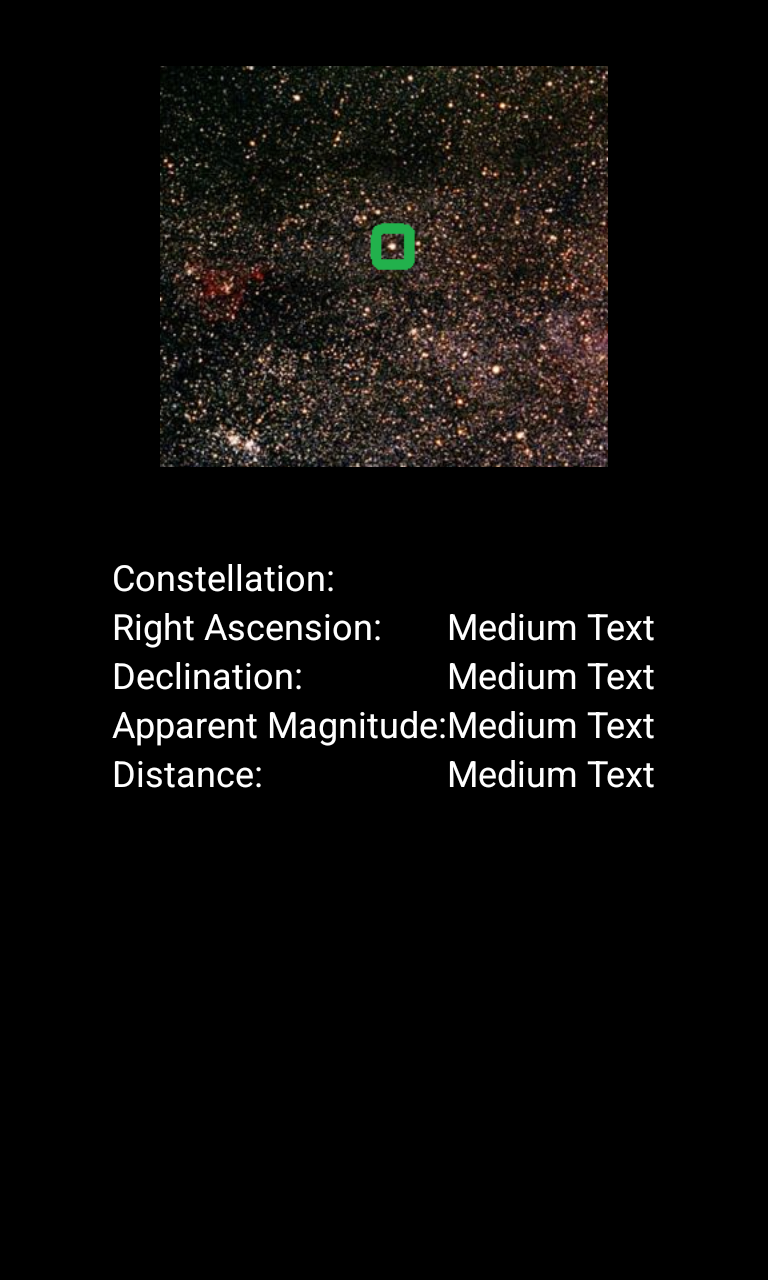
Repository: MoffMade/CSCE315-Android-App
Layout: Constellation Explorer Eclipse Project/Constellation Explorer/res/layout/activity_star_data.xml
These files come from the project's save history. The layout is drawn as it stood at one moment and after the next save; the edit follows.
It is drawn on a 768 x 1280 px phone screen (xhdpi) without system bars, with theme AppTheme; the app's code is not run.

Above is the layout before, as saved 2013-11-12 03:42:12.

### Constellation Explorer Eclipse Project/Constellation Explorer/res/layout/activity_star_data.xml
<RelativeLayout xmlns:android="http://schemas.android.com/apk/res/android"
    xmlns:tools="http://schemas.android.com/tools"
    android:layout_width="match_parent"
    android:layout_height="match_parent"
    android:background="@color/black"
    android:paddingBottom="@dimen/activity_vertical_margin"
    android:paddingLeft="@dimen/activity_horizontal_margin"
    android:paddingRight="@dimen/activity_horizontal_margin"
    android:paddingTop="@dimen/activity_vertical_margin"
    tools:context=".StarDataActivity" >

    <TableLayout
        android:id="@+id/TableLayout1"
        android:layout_width="wrap_content"
        android:layout_height="wrap_content"
        android:layout_below="@+id/imageView1"
        android:layout_centerHorizontal="true"
        android:layout_marginTop="18dp" >

        <TableRow
            android:id="@+id/tableRow6"
            android:layout_width="wrap_content"
            android:layout_height="wrap_content" >

            <TextView
                android:id="@+id/textView11"
                android:layout_width="wrap_content"
                android:layout_height="wrap_content"
                android:text="@string/star_name_tag"
                android:textAppearance="?android:attr/textAppearanceMedium" />

            <TextView
                android:id="@+id/textView12"
                android:layout_width="wrap_content"
                android:layout_height="wrap_content"
                android:text="Medium Text"
                android:textAppearance="?android:attr/textAppearanceMedium" />

        </TableRow>

        <TableRow
            android:id="@+id/tableRow1"
            android:layout_width="wrap_content"
            android:layout_height="wrap_content" >

            <TextView
                android:id="@+id/textView1"
                android:layout_width="wrap_content"
                android:layout_height="wrap_content"
                android:text="@string/constellation_tag"
                android:textAppearance="?android:attr/textAppearanceMedium"
                android:textColor="@color/main_menu_text_color" />

            <TextView
                android:id="@+id/textView6"
                android:layout_width="wrap_content"
                android:layout_height="wrap_content"
                android:text=""
                android:textAppearance="?android:attr/textAppearanceMedium"
                android:textColor="@color/main_menu_text_color" />

        </TableRow>

        <TableRow
            android:id="@+id/tableRow2"
            android:layout_width="wrap_content"
            android:layout_height="wrap_content" >

            <TextView
                android:id="@+id/textView2"
                android:layout_width="wrap_content"
                android:layout_height="wrap_content"
                android:text="@string/right_ascension_tag"
                android:textAppearance="?android:attr/textAppearanceMedium"
                android:textColor="@color/main_menu_text_color" />

            <TextView
                android:id="@+id/textView7"
                android:layout_width="wrap_content"
                android:layout_height="wrap_content"
                android:text="Medium Text"
                android:textAppearance="?android:attr/textAppearanceMedium"
                android:textColor="@color/main_menu_text_color" />

        </TableRow>

        <TableRow
            android:id="@+id/tableRow3"
            android:layout_width="wrap_content"
            android:layout_height="wrap_content" >

            <TextView
                android:id="@+id/textView3"
                android:layout_width="wrap_content"
                android:layout_height="wrap_content"
                android:text="@string/declination_tag"
                android:textAppearance="?android:attr/textAppearanceMedium"
                android:textColor="@color/main_menu_text_color" />

            <TextView
                android:id="@+id/textView8"
                android:layout_width="wrap_content"
                android:layout_height="wrap_content"
                android:text="Medium Text"
                android:textAppearance="?android:attr/textAppearanceMedium"
                android:textColor="@color/main_menu_text_color" />

        </TableRow>

        <TableRow
            android:id="@+id/tableRow4"
            android:layout_width="wrap_content"
            android:layout_height="wrap_content" >

            <TextView
                android:id="@+id/textView4"
                android:layout_width="wrap_content"
                android:layout_height="wrap_content"
                android:text="@string/magnitude_tag"
                android:textAppearance="?android:attr/textAppearanceMedium"
                android:textColor="@color/main_menu_text_color" />

            <TextView
                android:id="@+id/textView9"
                android:layout_width="wrap_content"
                android:layout_height="wrap_content"
                android:text="Medium Text"
                android:textAppearance="?android:attr/textAppearanceMedium"
                android:textColor="@color/main_menu_text_color" />

        </TableRow>

        <TableRow
            android:id="@+id/tableRow5"
            android:layout_width="wrap_content"
            android:layout_height="wrap_content" >

            <TextView
                android:id="@+id/textView5"
                android:layout_width="wrap_content"
                android:layout_height="wrap_content"
                android:text="@string/distance_tag"
                android:textAppearance="?android:attr/textAppearanceMedium"
                android:textColor="@color/main_menu_text_color" />

            <TextView
                android:id="@+id/textView10"
                android:layout_width="wrap_content"
                android:layout_height="wrap_content"
                android:text="Medium Text"
                android:textAppearance="?android:attr/textAppearanceMedium"
                android:textColor="@color/main_menu_text_color" />

        </TableRow>

    </TableLayout>

    <ImageView
        android:id="@+id/imageView1"
        android:layout_width="wrap_content"
        android:layout_height="wrap_content"
        android:layout_alignParentTop="true"
        android:layout_centerHorizontal="true"
        android:layout_marginTop="17dp"
        android:src="@drawable/segin_star" />

</RelativeLayout>

### Constellation Explorer Eclipse Project/Constellation Explorer/res/values/styles.xml
<resources>

    <!--
        Base application theme, dependent on API level. This theme is replaced
        by AppBaseTheme from res/values-vXX/styles.xml on newer devices.
    -->
    <style name="AppBaseTheme" parent="android:Theme.Light">
        <!--
            Theme customizations available in newer API levels can go in
            res/values-vXX/styles.xml, while customizations related to
            backward-compatibility can go here.
        -->
    </style>

    <!-- Application theme. -->
    <style name="AppTheme" parent="AppBaseTheme">
        <!-- All customizations that are NOT specific to a particular API-level can go here. -->
    </style>
    <color name="main_menu_text_color">#FFFFFF</color>
	<color name="black">#000000</color>
    <style name="load_game_spinner_theme" parent="@android:Theme">
        <item name="android:spinnerItemStyle">@style/SpinnerItem</item>
    </style>

    <style name="SpinnerItem" parent="@android:style/Widget.TextView.SpinnerItem">
        <item name="android:textColor">#FFFFFF</item>
    </style>


</resources>

### Constellation Explorer Eclipse Project/Constellation Explorer/res/values/strings.xml
<?xml version="1.0" encoding="utf-8"?>
<resources>

    <string name="app_name">Constellation Explorer</string>
    <string name="action_settings">Settings</string>
    <string name="new_game_button">Start New Game</string>
    <string name="load_game_button">Load Game</string>
    <string name="help_button">Help</string>
    <string name="help_return_button">Back to Main Menu</string>
    <string name="title_activity_load_game">Load Game</string>

    <string-array name="saved_game_list">
        <item>Game 1</item>
        <item>Game 2</item>
        <item>Game 3</item>
    </string-array>

    <string name="help_text">TEST TEXT FOR HELP MENU\n\n*Use Buttons to navigate\n\n\nAuthors: CSCE315 Team E</string>
    <string name="title_activity_help">Help</string>
    <string name="load_game_helper_text">Tap to select the Game you wish to load:</string>
    <string name="load_game_back">Go Back to Main Menu</string>
    <string name="load_game_select">Start Selected Game</string>
    <string name="title_activity_star_map">Star Map</string>
    <string name="hello_world">Hello world!</string>
    <string name="title_activity_game">Game</string>
    <string name="title_activity_star_data">Star Data</string>
    <string name="quit_button">Quit to Menu</string>
    <string name="save_button">Save Progress</string>
    <string name="move_left_button">Move Left!</string>
    <string name="move_right_button">Move Right!</string>
	<string name="constellation_tag">Constellation:	</string>
	<string name="right_ascension_tag">Right Ascension: </string>
	<string name="declination_tag">Declination: </string>
	<string name="magnitude_tag">Apparent Magnitude: </string>
	<string name="distance_tag">Distance: </string>
	<string name="star_name_tag">Star Name: </string>
</resources>

Loaded but not shown: Constellation Explorer Eclipse Project/Constellation Explorer/res/values-v11/styles.xml (common file); Constellation Explorer Eclipse Project/Constellation Explorer/res/values-v14/styles.xml (common file); Constellation Explorer Eclipse Project/Constellation Explorer/res/values/dimens.xml (common file)

After the next save:
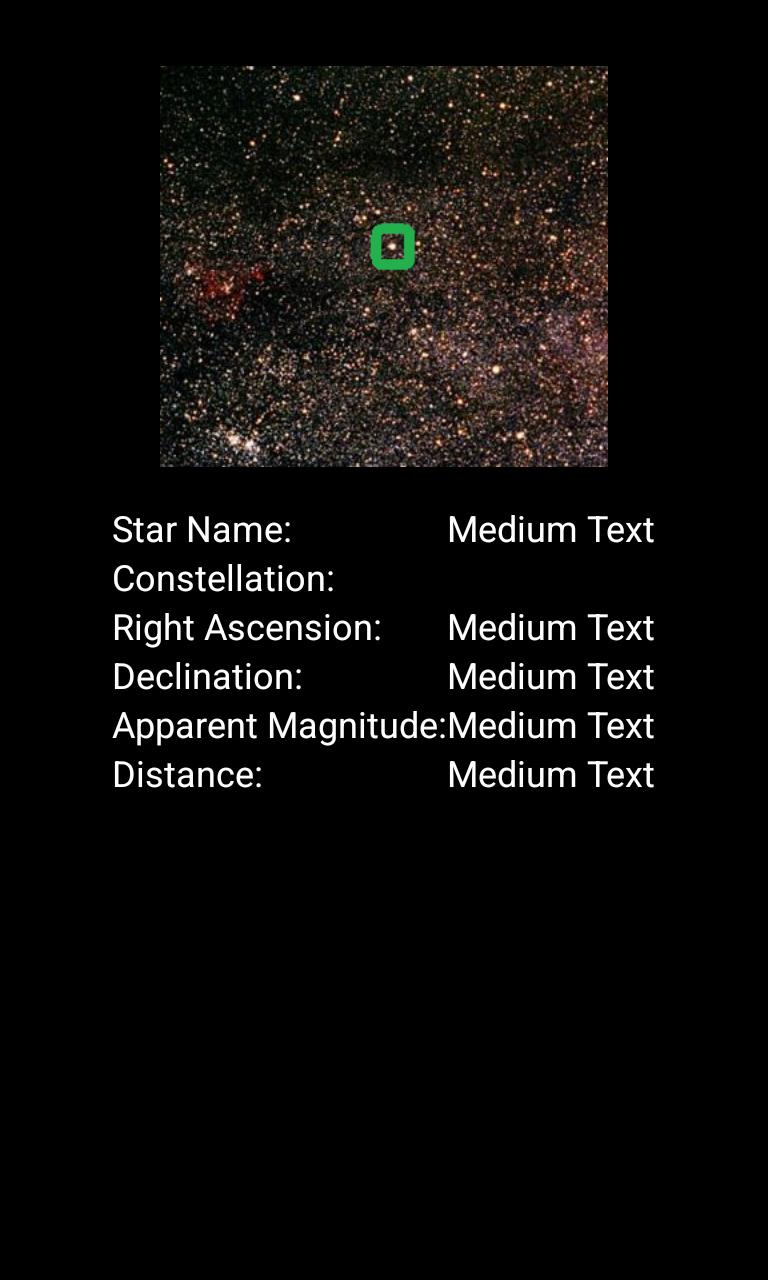
Saved 26 s later.
--- a/Constellation Explorer Eclipse Project/Constellation Explorer/res/layout/activity_star_data.xml
+++ b/Constellation Explorer Eclipse Project/Constellation Explorer/res/layout/activity_star_data.xml
@@ -27,14 +27,16 @@
                 android:layout_width="wrap_content"
                 android:layout_height="wrap_content"
                 android:text="@string/star_name_tag"
-                android:textAppearance="?android:attr/textAppearanceMedium" />
+                android:textAppearance="?android:attr/textAppearanceMedium"
+                android:textColor="@color/main_menu_text_color" />
 
             <TextView
                 android:id="@+id/textView12"
                 android:layout_width="wrap_content"
                 android:layout_height="wrap_content"
                 android:text="Medium Text"
-                android:textAppearance="?android:attr/textAppearanceMedium" />
+                android:textAppearance="?android:attr/textAppearanceMedium"
+                android:textColor="@color/main_menu_text_color" />
 
         </TableRow>
 
